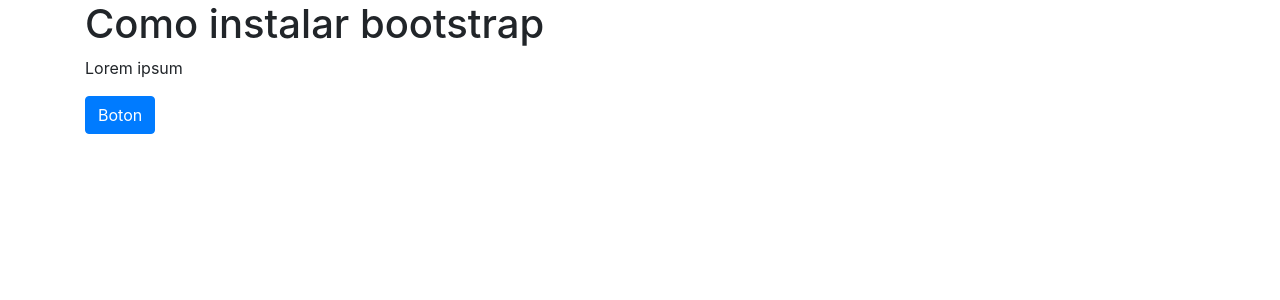
Repository: Hrotgarion1/jose
Page: index.html
An editor plug-in stored every save of this project. The page is shown before and after the next save, followed by the edit.
The browser window is 1280 px wide. The pictures show the whole page.

Above is the page before, as saved 2020-09-25 08:21:35.

After the next save:
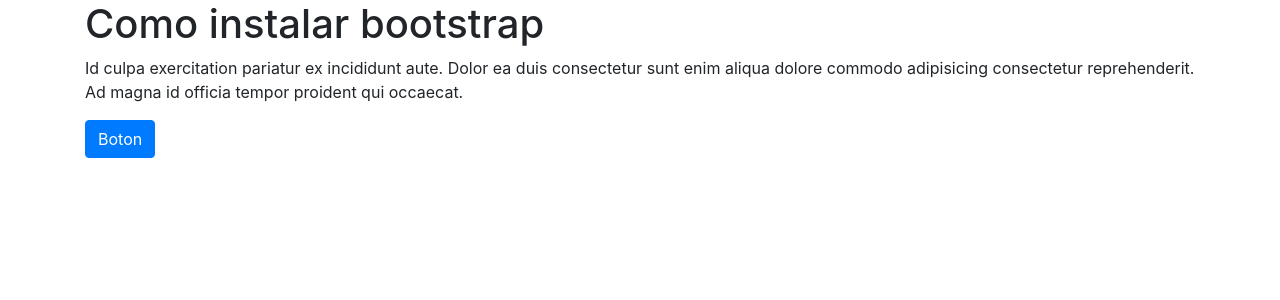
Saved 8 min 39 s later.
--- a/index.html
+++ b/index.html
@@ -9,7 +9,7 @@
 <body>
     <div class="container">
         <h1>Como instalar bootstrap</h1>
-        <p>Lorem ipsum</p>
+        <p>Id culpa exercitation pariatur ex incididunt aute. Dolor ea duis consectetur sunt enim aliqua dolore commodo adipisicing consectetur reprehenderit. Ad magna id officia tempor proident qui occaecat.</p>
         <button class="btn btn-primary">Boton</button>
 
 
